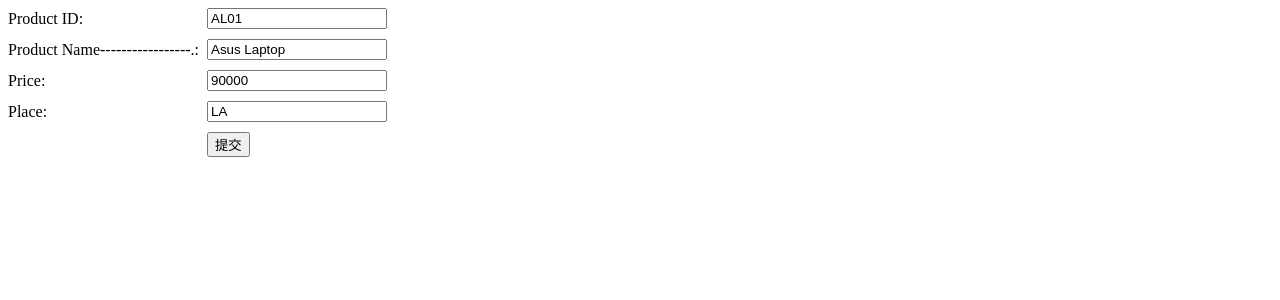
Repository: chofong1999/workspace202607
Page: mvweb0716/src/main/webapp/product.html
The author's editor kept a copy of each file at every save. The page is drawn from the files as they stood at one save, then again after the next save.
The browser window is 1280 px wide. The pictures show the whole page.

Above is the page before, as saved 2026-07-16 02:55:59.

After the next save:
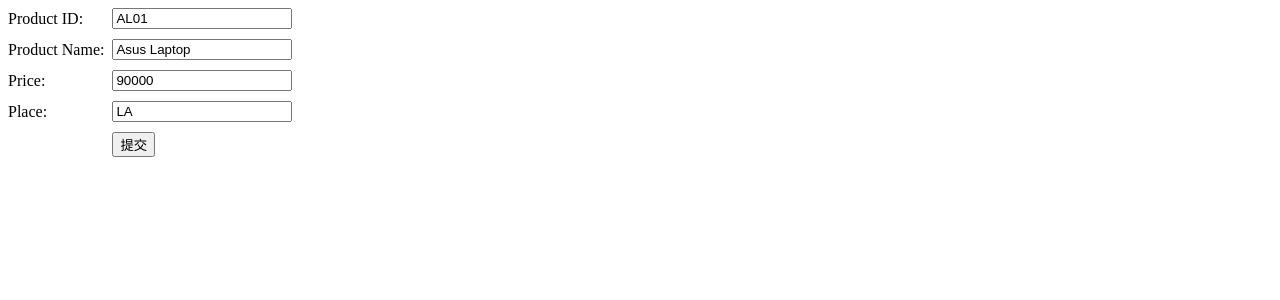
Saved 15 min 47 s later.
--- a/mvweb0716/src/main/webapp/product.html
+++ b/mvweb0716/src/main/webapp/product.html
@@ -30,7 +30,7 @@
 
     Product ID:<br>
     <input type="text" name="product_id" value="AL01">
-    Product Name-----------------.:<br>
+    Product Name:<br>
     <input type="text" name="product_name" value="Asus Laptop">
     Price:<br>
     <input type="text" name="price" value="90000">
